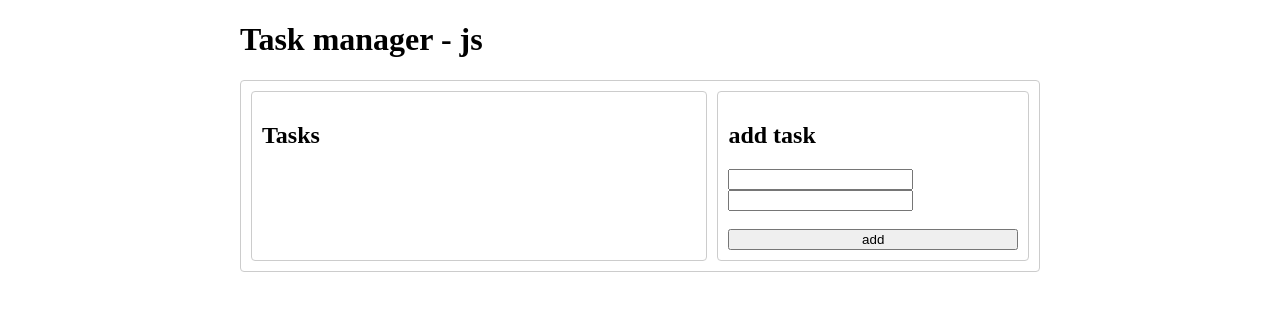
Repository: iKrekus/taskmgr-js
Page: index.html
The author's editor kept a copy of each file at every save. The page is drawn from the files as they stood at one save, then again after the next save.
The browser window is 1280 px wide. The pictures show the whole page.

Above is the page before, as saved 2024-03-15 13:22:49.

After the next save:
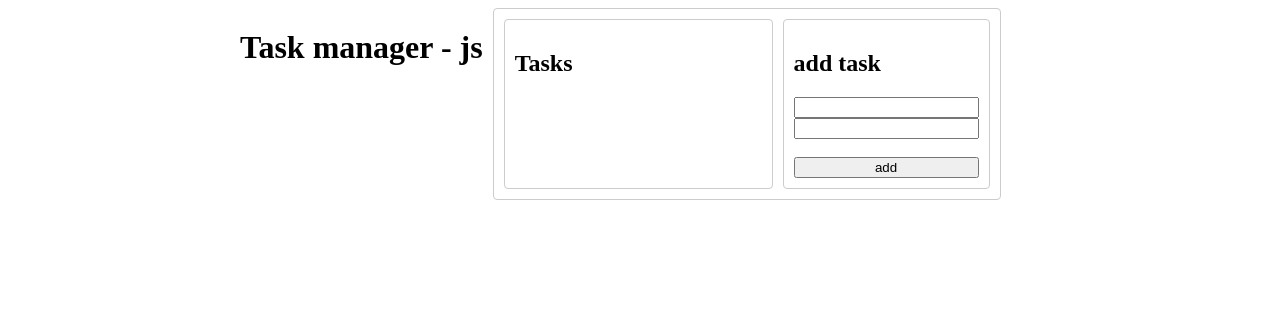
Saved 50 s later.
--- a/index.html
+++ b/index.html
@@ -8,7 +8,7 @@
   <link rel='stylesheet' type='text/css' media='screen' href='style.css'>
 </head>
 <body>
-<main>
+<main class="task-mgr">
   <h1>Task manager - js</h1>
   <div class="task-mgr container">
     <div class="task-mgr__tasks-box container">
